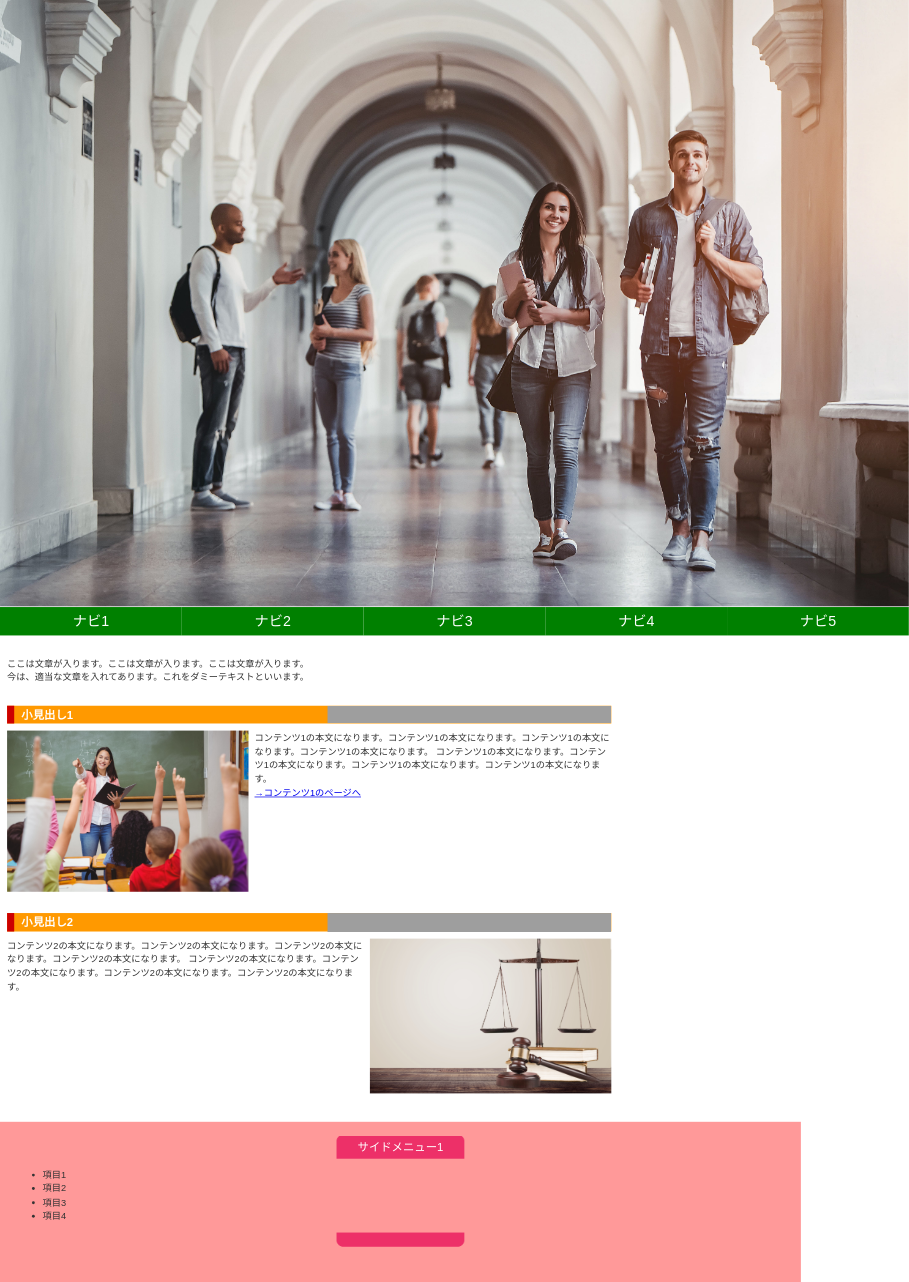
Repository: saekato/HTML
Page: home.html
The author's editor kept a record of every edit. The page is drawn from the files as they stood at one moment, then again after the next edit.
The browser window is 1280 px wide. The pictures show the whole page, at 71% of full size.
Pictures or frames that could not be fetched are drawn as grey boxes.

Above is the page before.

After the next edit:
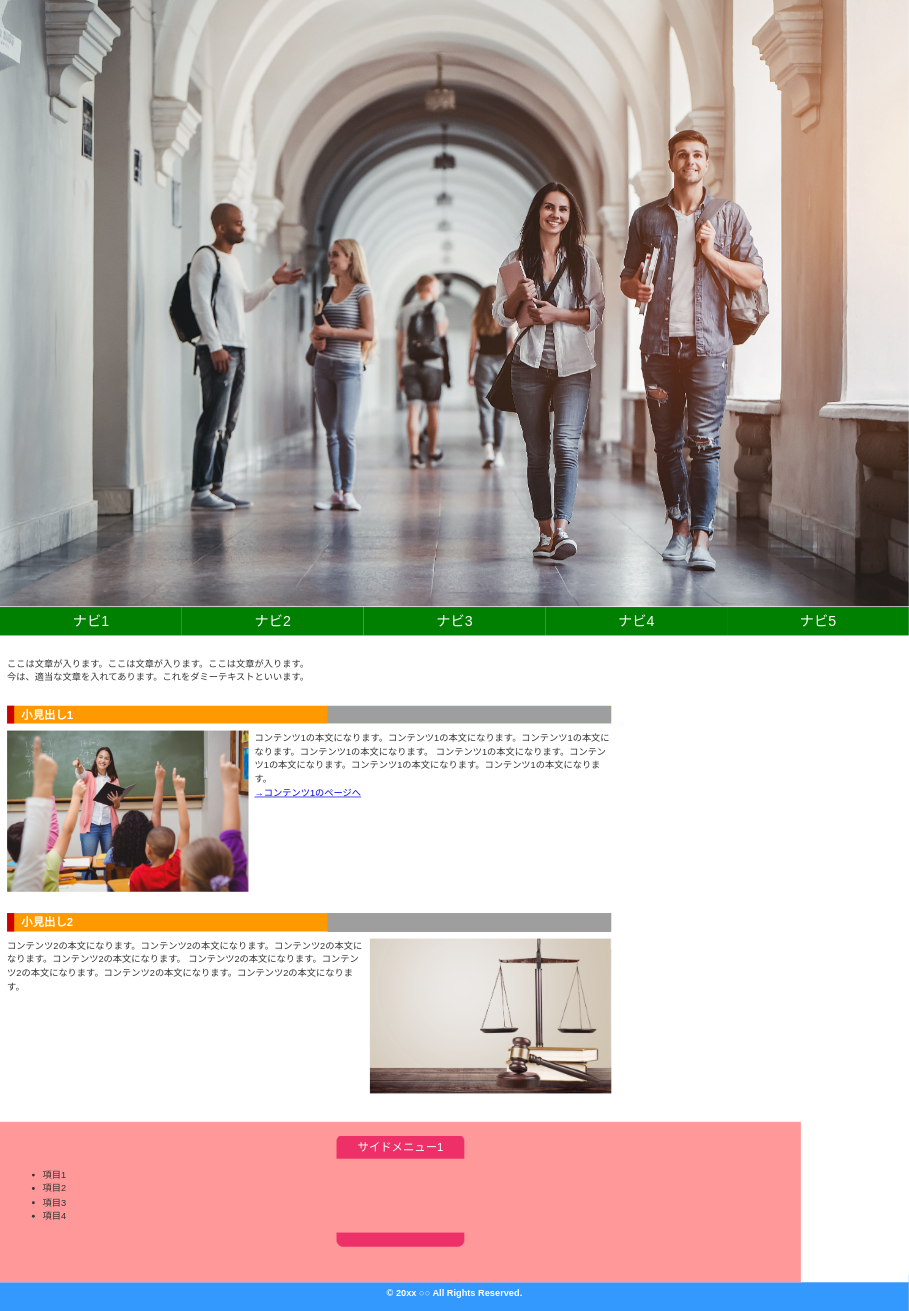
The edit:
--- a/home.html
+++ b/home.html
@@ -56,3 +56,9 @@
                         </div>
                     </div>
                 </div>
+            </div>
+            <div id="footer">
+                <p>&copy; 20xx ○○ All Rights Reserved.</p>
+        </div>
+    </body>
+</html>
